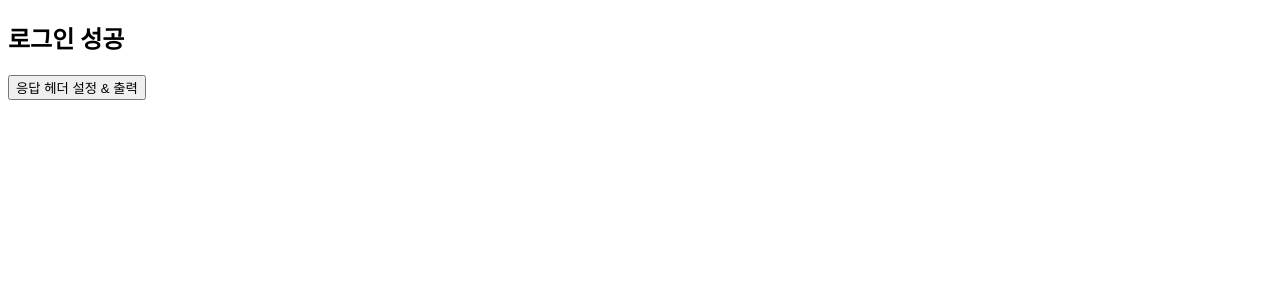
Repository: redi961/JSP_Studying
Page: http://localhost/MustHaveJSP/02_ImplicitObject/ResponseWelcome.jsp
These files come from the project's save history. The page is drawn as it stood at one moment and after a run of saves; the edit follows.
The browser window is 1280 px wide. The pictures show the whole page.
The page is served by Tomcat 9.

Above is the page before, as saved 2022-10-11 02:00:47.

After the next 2 saves:
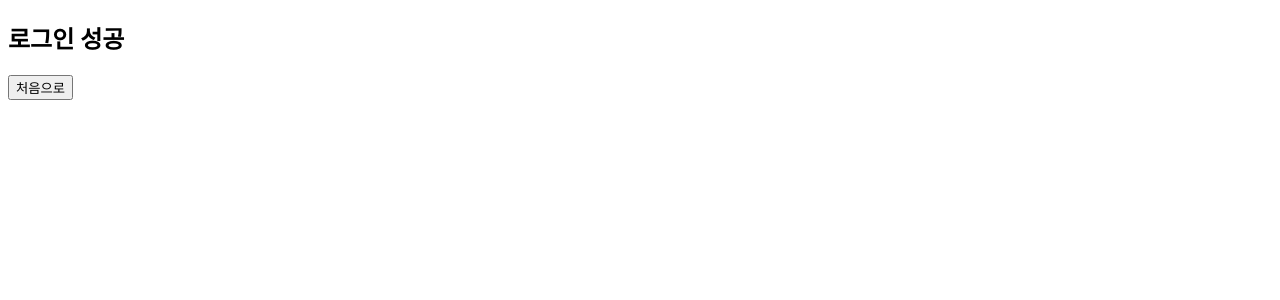
The 2 saves are shown as one change because they came seconds apart.
The last was saved 11 s later.
--- a/MustHaveJSP/src/main/webapp/02_ImplicitObject/ResponseWelcome.jsp
+++ b/MustHaveJSP/src/main/webapp/02_ImplicitObject/ResponseWelcome.jsp
@@ -7,7 +7,8 @@
 </head>
 <body>
 	<h2>로그인 성공</h2>
-	<form action="./ResponseMain.jsp" method="get">
-	<input type="submit" value="응답 헤더 설정 & 출력" />
+	<form action="./ResponseMain.jsp" method="post">
+	<input type="submit" value="처음으로" />
+	</form>
 </body>
 </html>
